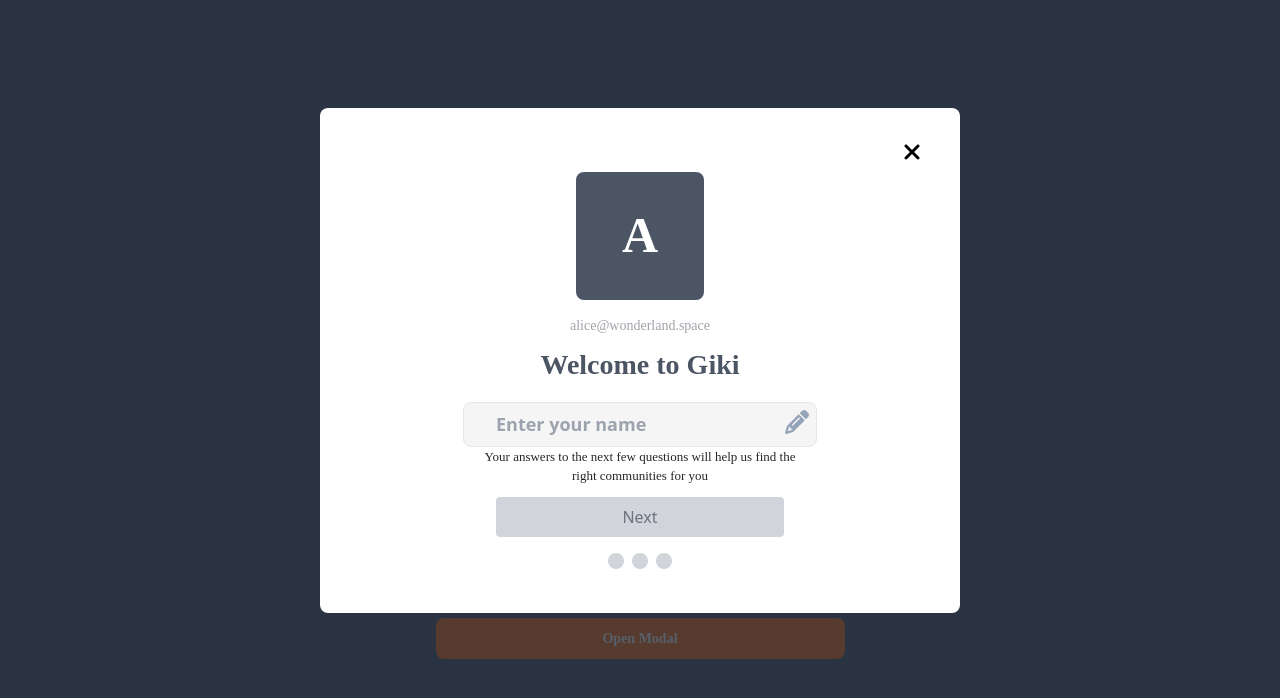
Repository: ZakariaZhlat125/lucatctyteste
Page: /, after clicking the first element matching `button.mt-36`
These files come from the project's save history. The page is drawn as it stood at one moment and after the next save; the edit follows.
The browser window is 1280 px wide. The pictures show the whole page.
The project was rebuilt for these pictures with package versions that can differ from the ones it lists, and the page was loaded fresh each time. Also part of the build but not shown: vite.config.js, src/Components/ModalComponents/PickLang.jsx, src/Components/ModalComponents/SelectImage.jsx.

Above is the page before, as saved 2023-09-29 14:03:55.

After the next save:
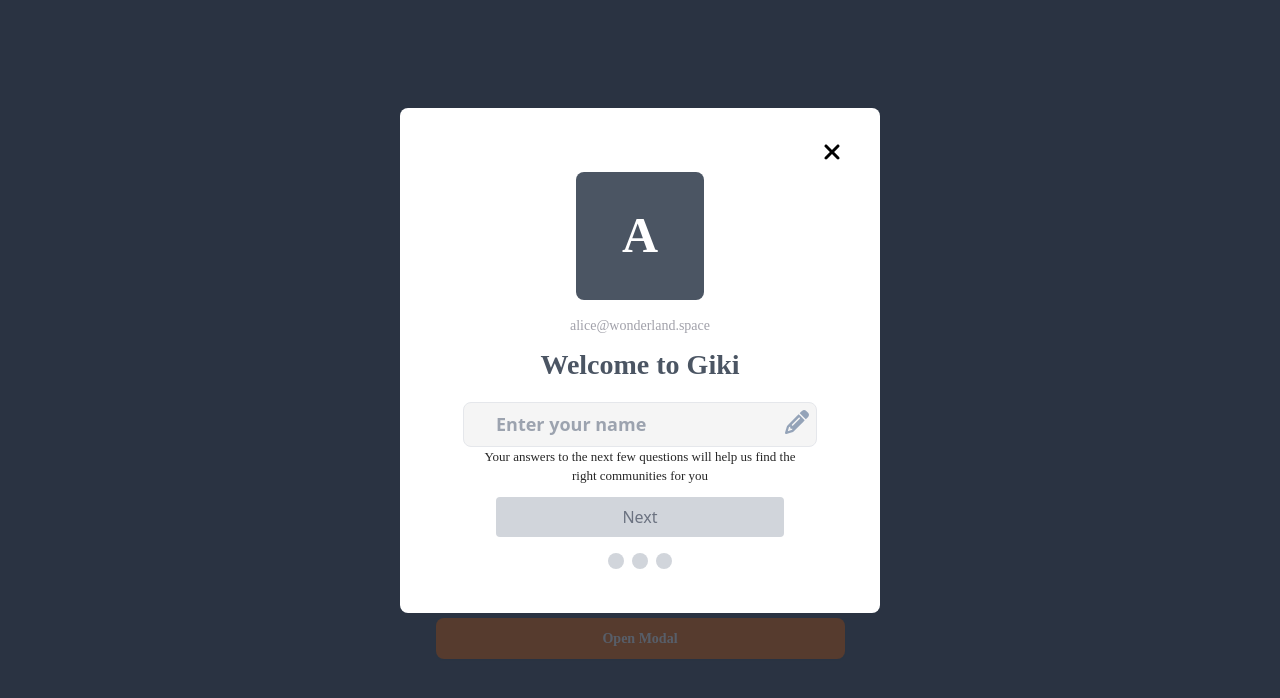
Saved 14 s later.
--- a/src/Components/ModalComponents/Modal.jsx
+++ b/src/Components/ModalComponents/Modal.jsx
@@ -52,7 +52,7 @@
   return (
     <div className="fixed inset-0 flex justify-center items-center z-50">
       <div className="fixed inset-0 bg-gray-800 opacity-75"></div>
-      <div className="bg-white md:w-[40rem] w-[30rem] h-[36rem] mx-1 max-h-max rounded-lg p-8 z-50 relative flex flex-col justify-between items-center">
+      <div className="bg-white w-[40rem] md:w-[30rem] h-[36rem] mx-1 max-h-max rounded-lg p-8 z-50 relative flex flex-col justify-between items-center">
       <FontAwesomeIcon
           icon={faTimes}
           onClick={onClose}

After the 2 saves that followed:
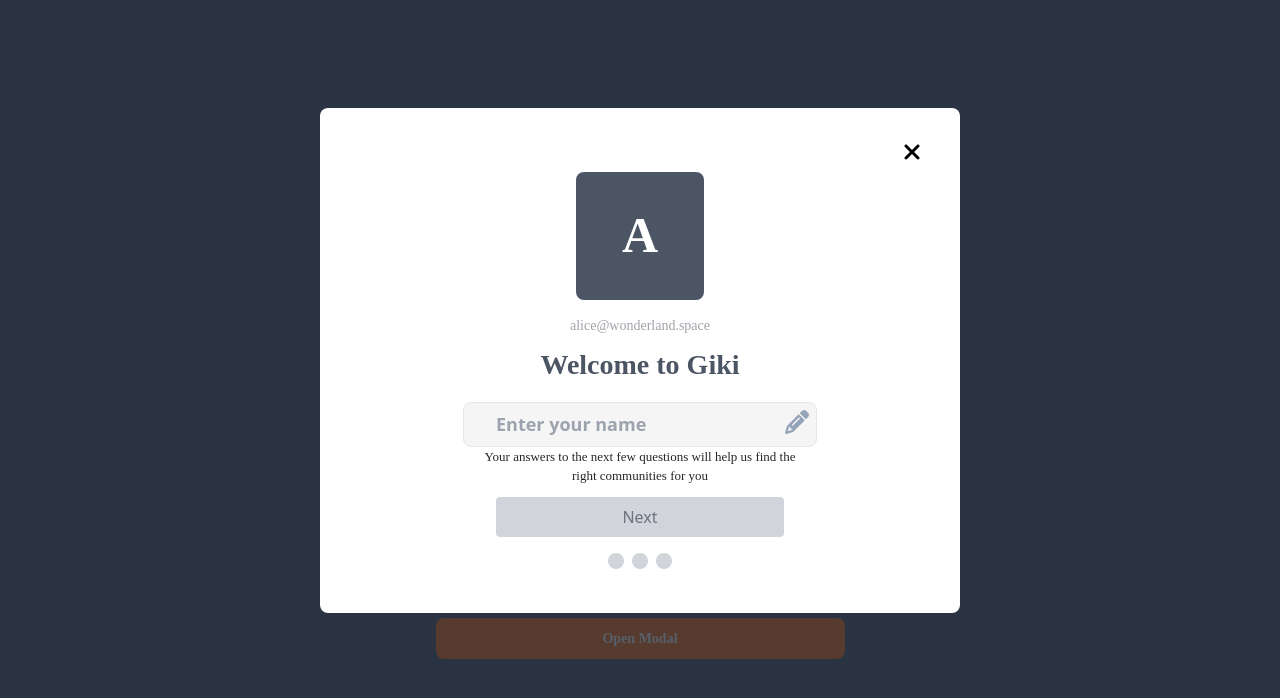
The 2 saves are shown as one change because 1 left the picture as it was.
The last was saved 36 s later.
--- a/src/Components/ModalComponents/Modal.jsx
+++ b/src/Components/ModalComponents/Modal.jsx
@@ -52,7 +52,7 @@
   return (
     <div className="fixed inset-0 flex justify-center items-center z-50">
       <div className="fixed inset-0 bg-gray-800 opacity-75"></div>
-      <div className="bg-white w-[40rem] md:w-[30rem] h-[36rem] mx-1 max-h-max rounded-lg p-8 z-50 relative flex flex-col justify-between items-center">
+      <div className="bg-white sm:w-[40rem] w-[30rem] h-[36rem] mx-1 max-h-max rounded-lg p-8 z-50 relative flex flex-col justify-between items-center">
       <FontAwesomeIcon
           icon={faTimes}
           onClick={onClose}
